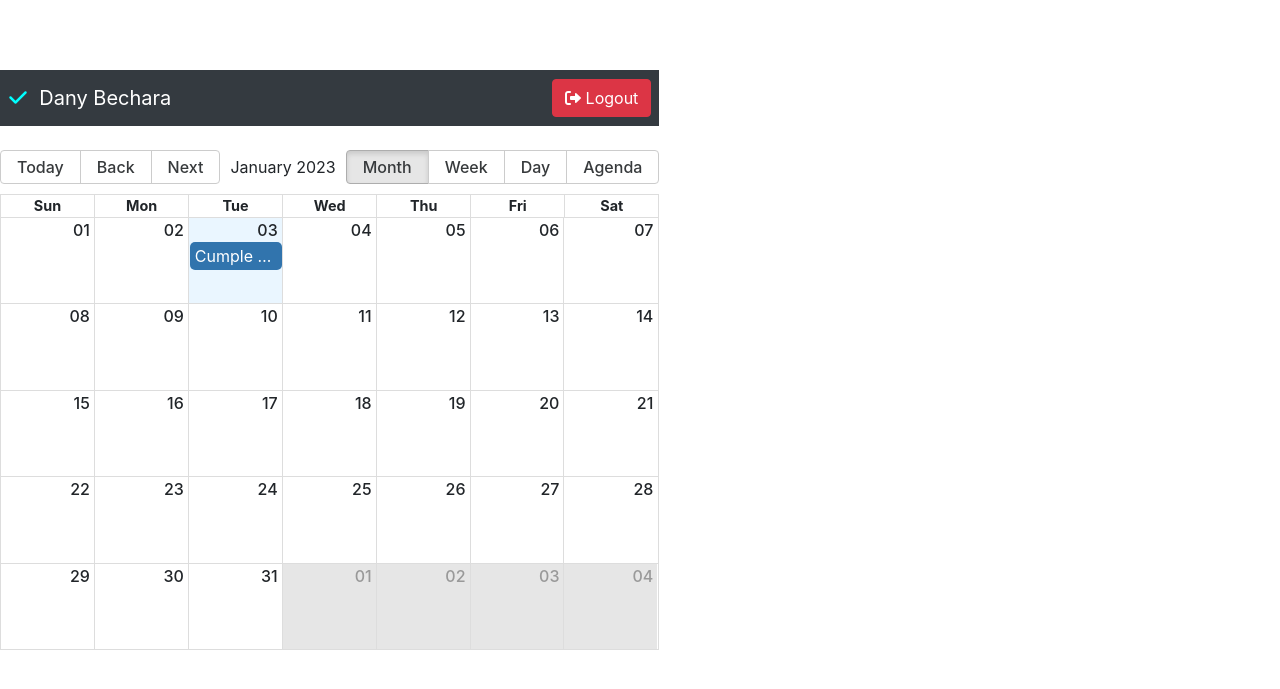
Repository: bechara611/calendar-frontend
Page: /
The author's editor kept a copy of each file at every save. The page is drawn from the files as they stood at one save, then again after the next save.
The browser window is 1280 px wide. The pictures show the whole page.
The project was rebuilt for these pictures with package versions that can differ from the ones it lists, and the page was loaded fresh each time. Also part of the build but not shown: vite.config.js. Imported but missing from the stored project, and not drawn on this page: src/auth.

Above is the page before, as saved 2023-01-04 14:43:22.

### index.html
<!DOCTYPE html>
<html lang="en">
  <head>
    <meta charset="UTF-8" />
    <link rel="icon" type="image/svg+xml" href="/vite.svg" />
    <meta name="viewport" content="width=device-width, initial-scale=1.0" />
    <title>CalendarDB</title>
    <link rel="stylesheet" href="https://cdn.jsdelivr.net/npm/bootstrap@4.5.3/dist/css/bootstrap.min.css" integrity="sha384-TX8t27EcRE3e/ihU7zmQxVncDAy5uIKz4rEkgIXeMed4M0jlfIDPvg6uqKI2xXr2" crossorigin="anonymous">
    <link rel="stylesheet" href="https://cdnjs.cloudflare.com/ajax/libs/font-awesome/6.2.1/css/all.min.css" integrity="sha512-MV7K8+y+gLIBoVD59lQIYicR65iaqukzvf/nwasF0nqhPay5w/9lJmVM2hMDcnK1OnMGCdVK+iQrJ7lzPJQd1w==" crossorigin="anonymous" referrerpolicy="no-referrer" />
  </head>
  <body>
    <div id="root"></div>
    <script type="module" src="/src/main.jsx"></script>
  </body>
</html>

### src/main.jsx
import React from 'react'
import ReactDOM from 'react-dom/client'
import { BrowserRouter } from 'react-router-dom'
import { CalendarApp } from './CalendarApp'
import './styles.css'

ReactDOM.createRoot(document.getElementById('root')).render(
  <React.StrictMode>

    <BrowserRouter>
      <CalendarApp />
    </BrowserRouter>

    </React.StrictMode>,
)

### src/CalendarApp.jsx
import React from 'react'
import { AppRouter } from './router/AppRouter'

export const CalendarApp = () => {
  return (
   <AppRouter></AppRouter>
  )
}

### src/router/AppRouter.jsx
import React from 'react'
import { Navigate, Route, Routes } from 'react-router-dom'
import { LoginPages } from '../auth/'
import { CalendarPages } from '../calendar/'


export const AppRouter = () => {
 // const authStatus = 'not-authenticated'
  const authStatus = 'authenticated'
  return (
    <Routes>
      {
        (authStatus === 'not-authenticated'
          ? <Route path='/auth/*' element={<LoginPages></LoginPages>}></Route>
          : <Route path='/*' element={<CalendarPages></CalendarPages>}></Route>
        )
      }
      <Route path='/*' element={<Navigate to={'/auth/login'}></Navigate>}></Route>

    </Routes>
  )
}

### src/calendar/index.js
export * from './pages/CalendarPages'
export * from './components/NavBar'

### src/calendar/pages/CalendarPages.jsx
import { addHours,format,parse,startOfWeek,getDay} from 'date-fns'
import enUS from 'date-fns/locale/en-US'
import 'react-big-calendar/lib/css/react-big-calendar.css'
import React from 'react'
import { Calendar, dateFnsLocalizer } from 'react-big-calendar'
import { NavBar } from '../components/NavBar'


const locales = {
  'en-US': enUS,
}

const localizer = dateFnsLocalizer({
  format,
  parse,
  startOfWeek,
  getDay,
  locales,
})

const events = [{
  title:'Cumple de dany',
  notes:'Torta para Dany',
  start: new Date(),
  end: addHours(new Date(),1),
  bgColor:'#fafafa',
  user:{}
}]

export const CalendarPages = () => {

  return (
    <>
    <NavBar></NavBar>
    <Calendar
    localizer={localizer}
    events={events}
    startAccessor="start"
    endAccessor="end"
    style={{ height: 500 }}
  />
    </>

  )
}

### src/calendar/components/NavBar.jsx
import React from 'react'
import './NavBar.css'
export const NavBar = () => {
  return (
    <div className="navbar navbar-dark bg-dark mb-4 px-2">
    <span className='navbar-brand'>

    <i className="fa-sharp fa-solid fa-check icono"></i>

    &nbsp;
    Dany Bechara
    </span>
    <button className='btn btn-danger '>
    <i className="fa-solid fa-right-from-bracket"></i>

    <span> Logout</span>
    </button>
    </div>
  )
}

### src/calendar/components/NavBar.css
.icono{
color: aqua;
}

Loaded but not shown: src/styles.css (common file)

After the next save:
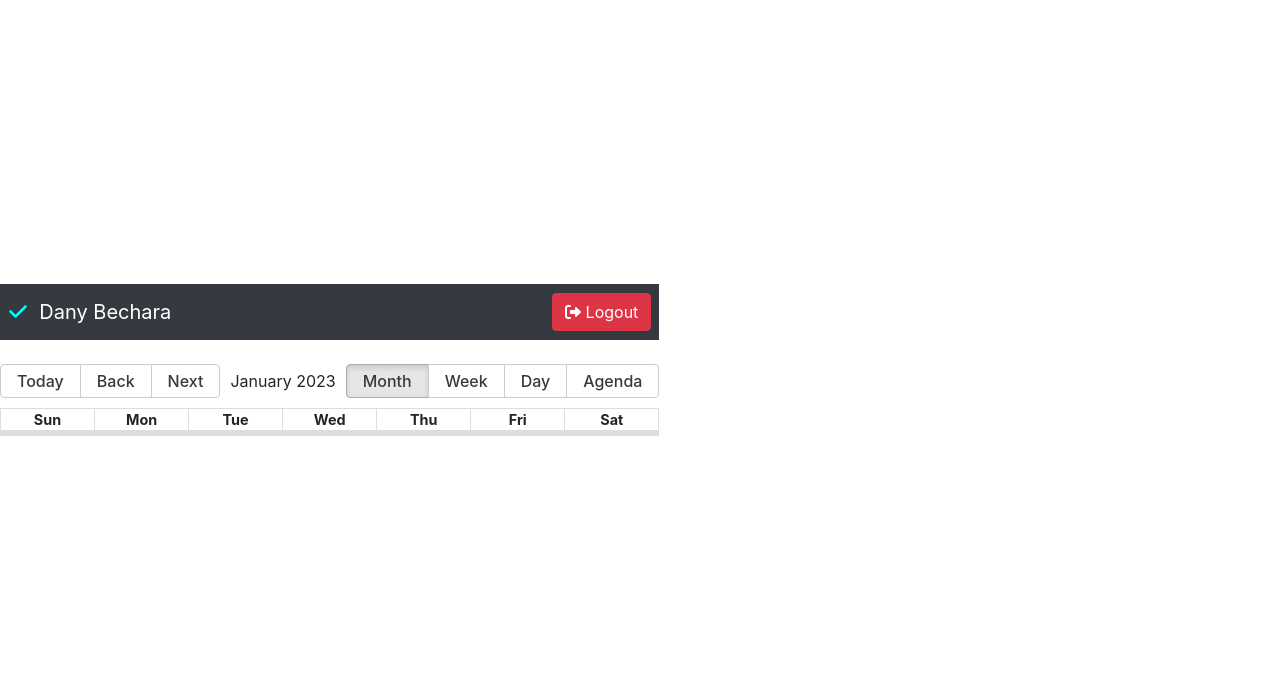
Saved 16 s later.
--- a/src/calendar/pages/CalendarPages.jsx
+++ b/src/calendar/pages/CalendarPages.jsx
@@ -37,7 +37,7 @@ export const CalendarPages = () => {
     events={events}
     startAccessor="start"
     endAccessor="end"
-    style={{ height: 500 }}
+    style={{ height: 'calc(100vh-20px)' }}
   />
     </>
 
